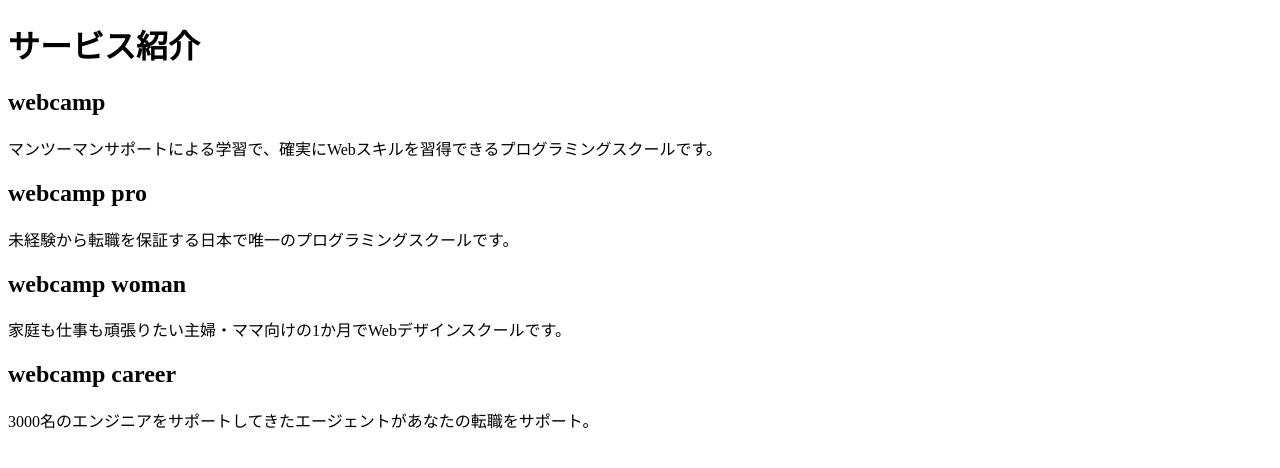
Repository: alamsamiha/html_css
Page: chapter2_exercise/ch2.html
The author's editor kept a record of every edit. The page is drawn from the files as they stood at one moment, then again after the next edit.
The browser window is 1280 px wide. The pictures show the whole page.

Above is the page before.

After the next edit:
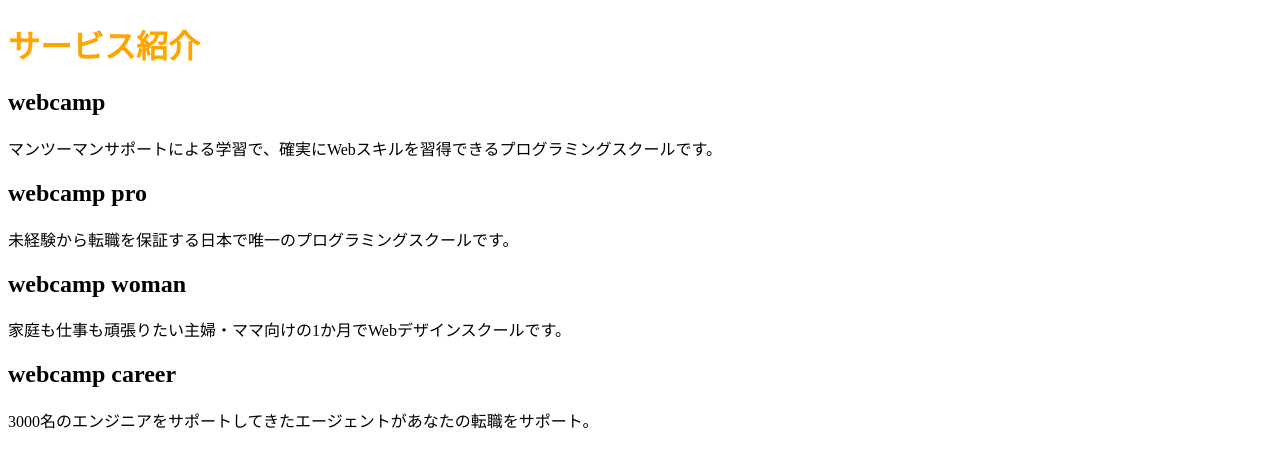
The edit:
--- a/chapter2_exercise/ch2.html
+++ b/chapter2_exercise/ch2.html
@@ -3,6 +3,7 @@
   <head>
     <meta charset="UTF-8" />
     <title>演習問題２</title>
+    <link rel="stylesheet" href="ch2.css" />
   </head>
 
   <body>
